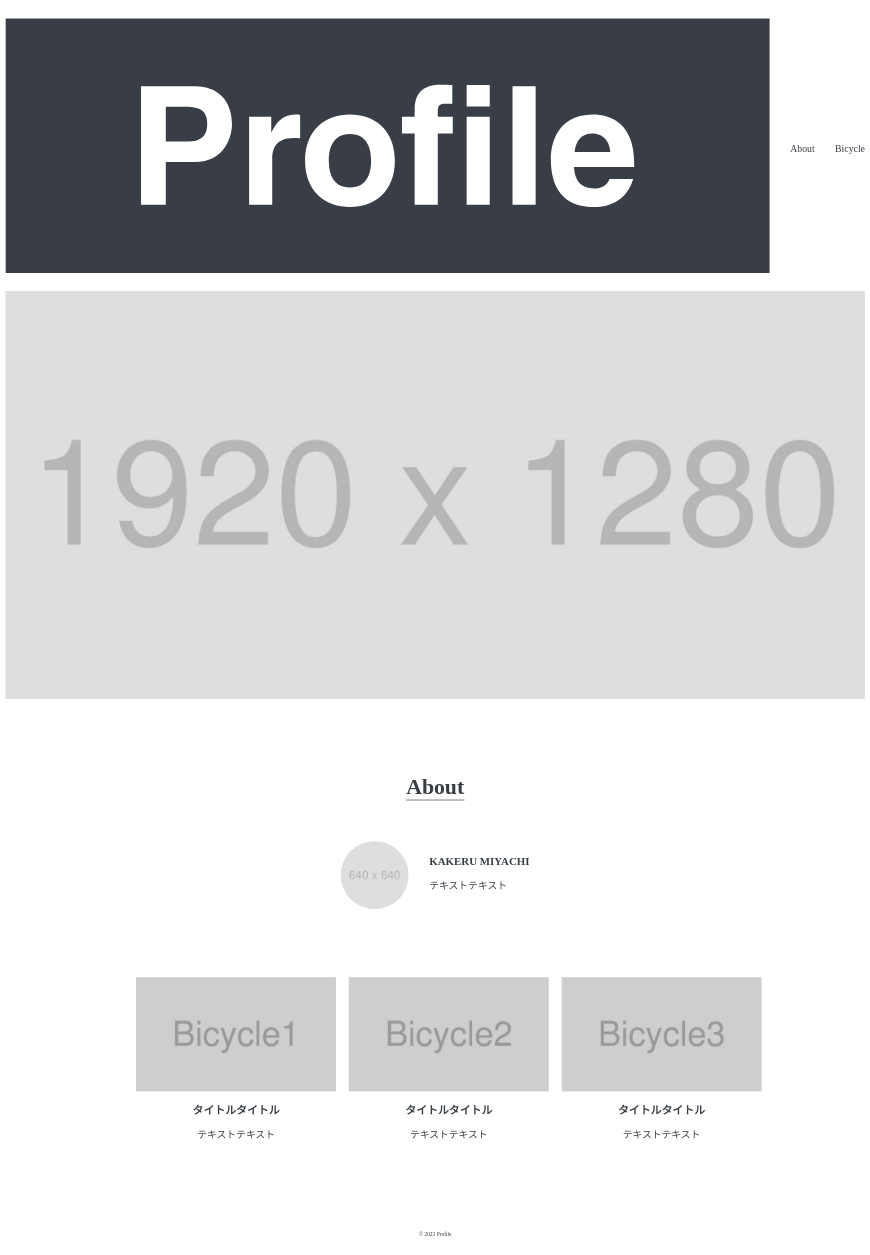
Repository: Fuki-san/bicycle
Page: http://localhost/profile
The author's editor kept a copy of each file at every save. The page is drawn from the files as they stood at one save, then again after the next save.
The browser window is 1280 px wide. The pictures show the whole page, at 68% of full size.
The page is served by the project's Laravel application, run on PHP 8.4 with Laravel 10. Other server files are loaded and not shown.

Above is the page before, as saved 2023-11-18 14:36:48.

### routes/web.php
<?php

use Illuminate\Support\Facades\Route;

/*
|--------------------------------------------------------------------------
| Web Routes
|--------------------------------------------------------------------------
|
| Here is where you can register web routes for your application. These
| routes are loaded by the RouteServiceProvider and all of them will
| be assigned to the "web" middleware group. Make something great!
|
*/

Route::get('profile', function() {
    return view('bicycle');
})->name('profile');

### resources/views/bicycle.blade.php
@extends('layouts.main')

@section('title', 'bicycle')

@section('content')
    <header id="header">
        <h1 id="site-title"><a href="{{ route('profile') }}"><img src="img/logo.svg"></a></h1>
        <nav>
            <ul>
                <li><a href="#about">About</a></li>
                <li><a href="#bicycle">Bicycle</a></li>
            </ul>
        </nav>
    </header>

    <main>
        <div id="mainvisual">
            <img src="img/mainvisual.jpg">
        </div>

        <section id="about" class="wrapper">
            <h2 class="section-title">About</h2>
            <div class="content">
                <img src="img/about.jpg">
                <div class="text">
                    <h3 class="content-title">KAKERU MIYACHI</h3>
                    <p>テキストテキスト</p>
                </div>
            </div>
        </section>

        <section id="bicycle" class="wrapper">
            <h3></h3>
            <ul>
                <li><img src="img/bicycle1.jpg"><h3 class="content-title">タイトルタイトル</h3><p>テキストテキスト</p></li>
                <li><img src="img/bicycle2.jpg"><h3 class="content-title">タイトルタイトル</h3><p>テキストテキスト</p></li>
                <li><img src="img/bicycle3.jpg"><h3 class="content-title">タイトルタイトル</h3><p>テキストテキスト</p></li>
            </ul>
        </section>

    </main>

    <footer id="footer">
        <p>&copy; 2023 Profile</p>
    </footer>

@endsection

### resources/views/layouts/main.blade.php
<!DOCTYPE html>
<html lang="ja">
<head>
    <meta charset="UTF-8">
    <meta name="viewport" content="width=device-width, initial-scale=1.0">
    <meta http-equiv="X-UA-Compatible" content="ie=edge">
    <link rel="stylesheet" href="{{ asset('css/reset.css') }}">
    <link rel="stylesheet" href="{{ asset('css/style.css') }}">
    <link rel="icon" href="img/favicon.ico">
    <title>@yield('title')</title>
</head>
<body>
    @yield('content')
</body>
</html>

### public/css/style.css
@charset "UTF-8";

html{
    font-size: 100%;
}

body{
    font-size: 0.9rem;
    color: #383e45;
}

img{
    max-width: 100%;
}

li{
    list-style: none;
}

a{
    text-decoration: none;
}

.site-title{
    width: 120px;
    line-height: 1px;
    padding: 10px 0;
}

.site-title a{
    display: block;
}

.section-title{
    display: inline-block;
    font-size: 2rem;
    border-bottom: solid 1px #383e45;
    margin-bottom: 60px;
    text-align: center;
}

.content-title{
    font-size: 1rem;
    margin: 10px 0;
}

.wrapper{
    margin: 0 auto 100px auto;
    padding: 0 4%;
    text-align: center;
    max-width: 960px;
}

/* header */

#header{
    margin: 0 auto;
    display: flex;
    align-items: center;
    justify-content: space-between;
}

#header ul{
    display: flex;
    padding: 10px 0;
}

#header li{
    margin-left: 30px;
}
#header li a{
    color:#383e45;
}

#header li a:hover{
    opacity: 0.7;
}

#mainvisual{
    margin-bottom: 80px;
}

#mainvisual img{
    width: 100%;
    max-width: 1920px;
    height: 600px;
    object-fit: cover;
}

#about .content{
    display: flex;
    justify-content: center;
    align-items: center;
}

#about img{
    width: 100px;
    height: 100px;
    border-radius: 50%;
    margin-right: 30px;
}

#about .text{
    text-align: left;
}

/* about */

#bicycle ul{
    display: flex;
    justify-content: space-between;
}

#bicycle li{
    width: 32%;
}

#footer{
    font-size: 0.5rem;
    text-align: center;
    padding: 10px 0;
}

@media screen and (max-width: 600px) {
    #mainvisual img{
        height: calc(100vh - 60px);
    }

    #about .content{
        flex-direction: column;
    }

    #about img{
        margin-right: 0;
    }

    #bicycle ul{
        flex-direction: column;
    }

    #bicycle li{
        width: 100%;
        margin-bottom: 30px;
    }
}

### public/img/logo.svg
<?xml version="1.0" encoding="utf-8"?>
<!-- Generator: Adobe Illustrator 15.1.0, SVG Export Plug-In . SVG Version: 6.00 Build 0)  -->
<!DOCTYPE svg PUBLIC "-//W3C//DTD SVG 1.1//EN" "http://www.w3.org/Graphics/SVG/1.1/DTD/svg11.dtd">
<svg version="1.1" id="レイヤー_1" xmlns="http://www.w3.org/2000/svg" xmlns:xlink="http://www.w3.org/1999/xlink" x="0px"
	 y="0px" width="1500px" height="500px" viewBox="0 0 1500 500" enable-background="new 0 0 1500 500" xml:space="preserve">
<g>
	<rect x="0" fill="#393E46" width="1500" height="500"/>
</g>
<g>
	<path fill="#FFFFFF" d="M314.698,365.466h-48.583v-232.55h106.235c45.02,0,72.227,28.825,72.227,74.493
		c0,21.052-11.66,74.169-74.171,74.169h-55.708V365.466z M359.719,241.417c36.275,0,36.275-25.911,36.275-36.275
		c0-22.672-12.632-32.064-42.754-32.064h-38.542v68.34H359.719z"/>
	<path fill="#FFFFFF" d="M478.26,193.158h43.4v29.799h0.646c9.395-17.49,19.758-34.333,47.288-34.333
		c2.915,0,5.83,0.323,8.745,0.647v45.992c-3.887-0.648-8.745-0.648-12.956-0.648c-35.303,0-41.78,22.024-41.78,41.133v89.718H478.26
		V193.158z"/>
	<path fill="#FFFFFF" d="M676.155,370c-46.315,0-88.097-28.501-88.097-90.688c0-62.186,41.781-90.688,88.097-90.688
		c46.316,0,88.097,28.503,88.097,90.688C764.252,341.499,722.472,370,676.155,370z M676.155,226.843
		c-34.979,0-41.457,30.445-41.457,52.47c0,22.023,6.478,52.469,41.457,52.469s41.458-30.445,41.458-52.469
		C717.613,257.288,711.135,226.843,676.155,226.843z"/>
	<path fill="#FFFFFF" d="M848.461,365.466h-45.344V225.547h-24.939v-32.389h24.939v-13.927c0-35.628,19.434-49.231,50.527-49.231
		c13.278,0,19.432,0.323,23.318,0.648v36.599h-12.631c-15.547,0-15.871,4.858-15.871,19.109v6.802h29.474v32.389h-29.474V365.466z"
		/>
	<path fill="#FFFFFF" d="M950.484,172.754H905.14v-42.105h45.345V172.754z M950.484,193.158v172.308H905.14V193.158H950.484z"/>
	<path fill="#FFFFFF" d="M1040.524,365.466h-45.344v-232.55h45.344V365.466z"/>
	<path fill="#FFFFFF" d="M1231.94,314.939c-11.982,41.457-46.314,55.061-75.788,55.061c-48.584,0-85.83-23.319-85.83-94.252
		c0-20.728,7.125-87.124,82.592-87.124c34.008,0,80.971,16.194,80.971,94.898v8.097h-118.219
		c1.296,12.956,3.887,42.105,40.486,42.105c12.631,0,25.586-6.479,29.148-18.785H1231.94z M1187.245,262.146
		c-2.591-27.855-20.404-36.275-34.979-36.275c-21.377,0-32.713,13.604-35.304,36.275H1187.245z"/>
</g>
</svg>

After the next save:
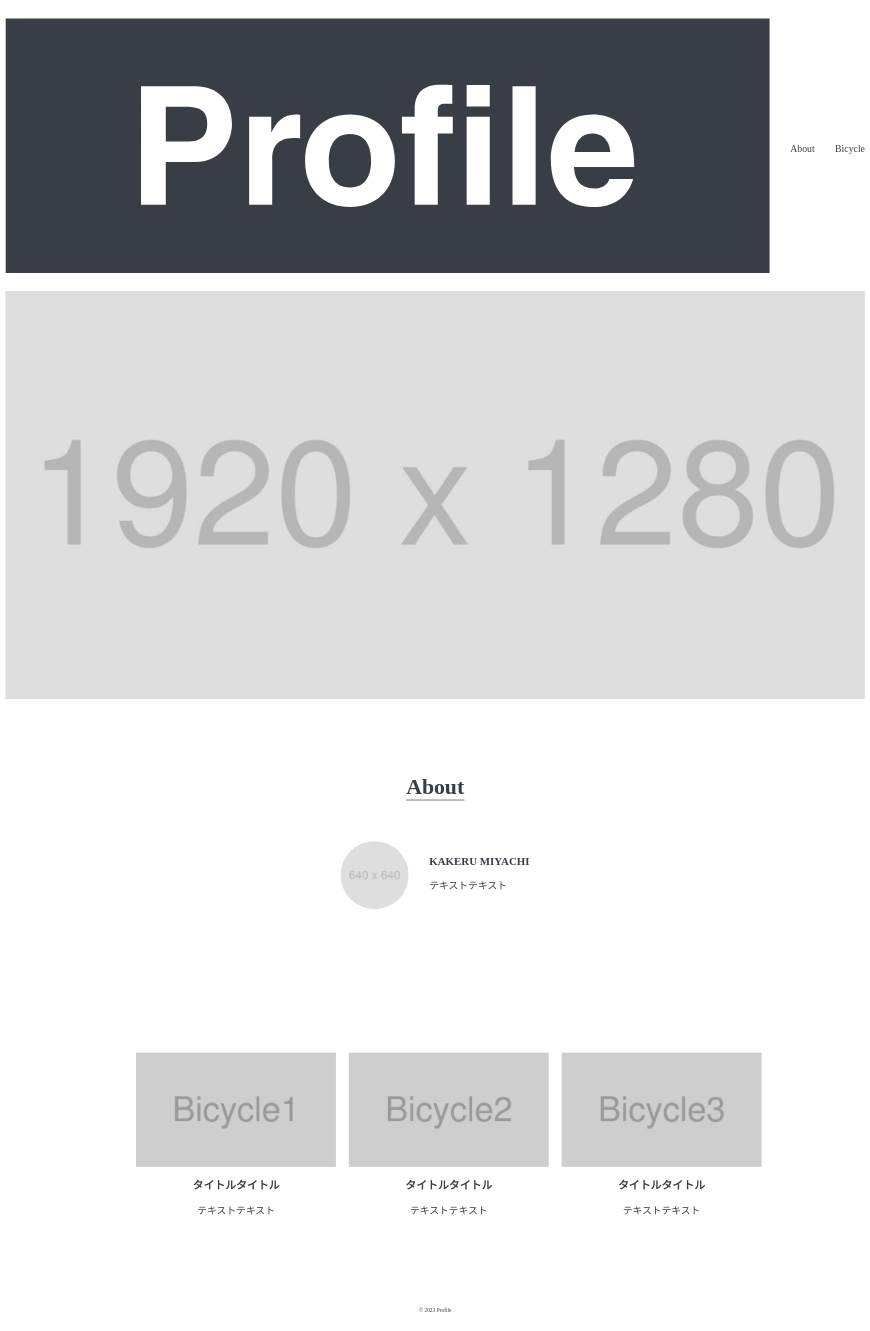
Saved 8 s later.
--- a/resources/views/bicycle.blade.php
+++ b/resources/views/bicycle.blade.php
@@ -30,7 +30,7 @@
         </section>
 
         <section id="bicycle" class="wrapper">
-            <h3></h3>
+            <h3 class="section-title"></h3>
             <ul>
                 <li><img src="img/bicycle1.jpg"><h3 class="content-title">タイトルタイトル</h3><p>テキストテキスト</p></li>
                 <li><img src="img/bicycle2.jpg"><h3 class="content-title">タイトルタイトル</h3><p>テキストテキスト</p></li>
